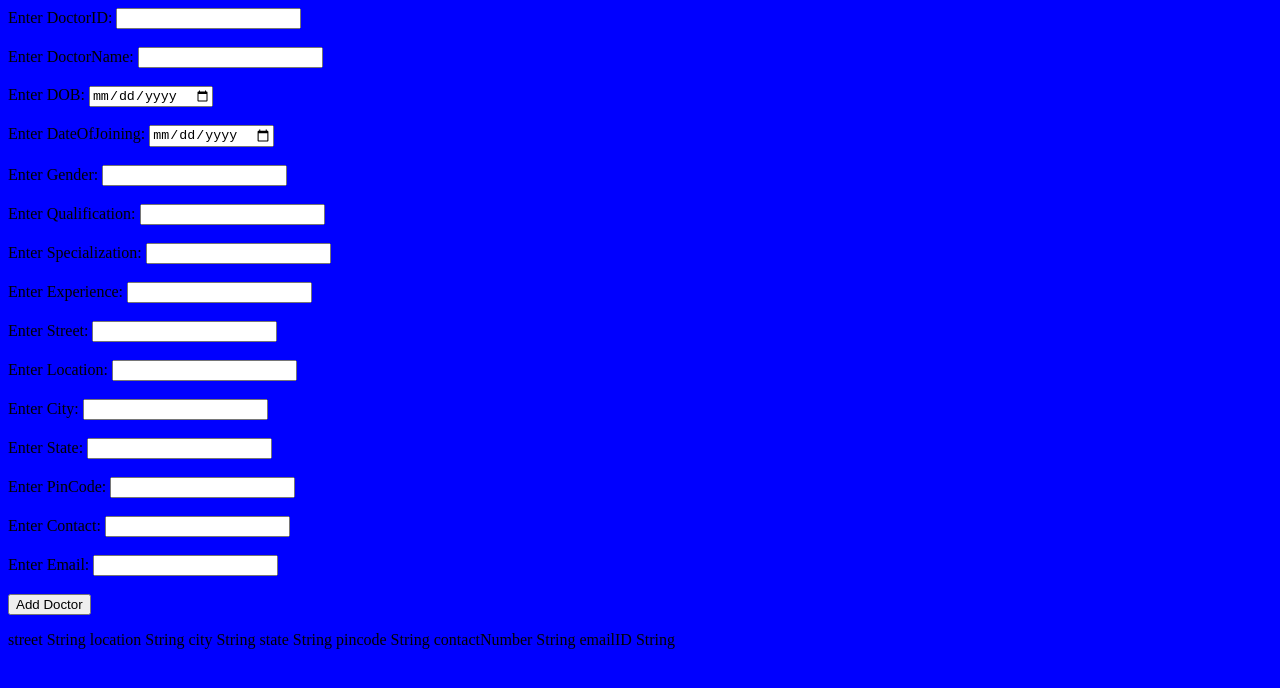
Repository: Pravinkumar-Raja/SpringProjects
Page: http://localhost/Spring-Web/WEB-INF/views/AddDoctor.jsp
An editor plug-in stored every save of this project. The page is shown before and after the next save, followed by the edit.
The browser window is 1280 px wide. The pictures show the whole page.
The page is served by Tomcat 9. Nobody is signed in. The template is opened directly, without the code that normally fills it, so the values that code supplies are empty.

Above is the page before, as saved 2025-11-24 08:15:53.

After the next save:
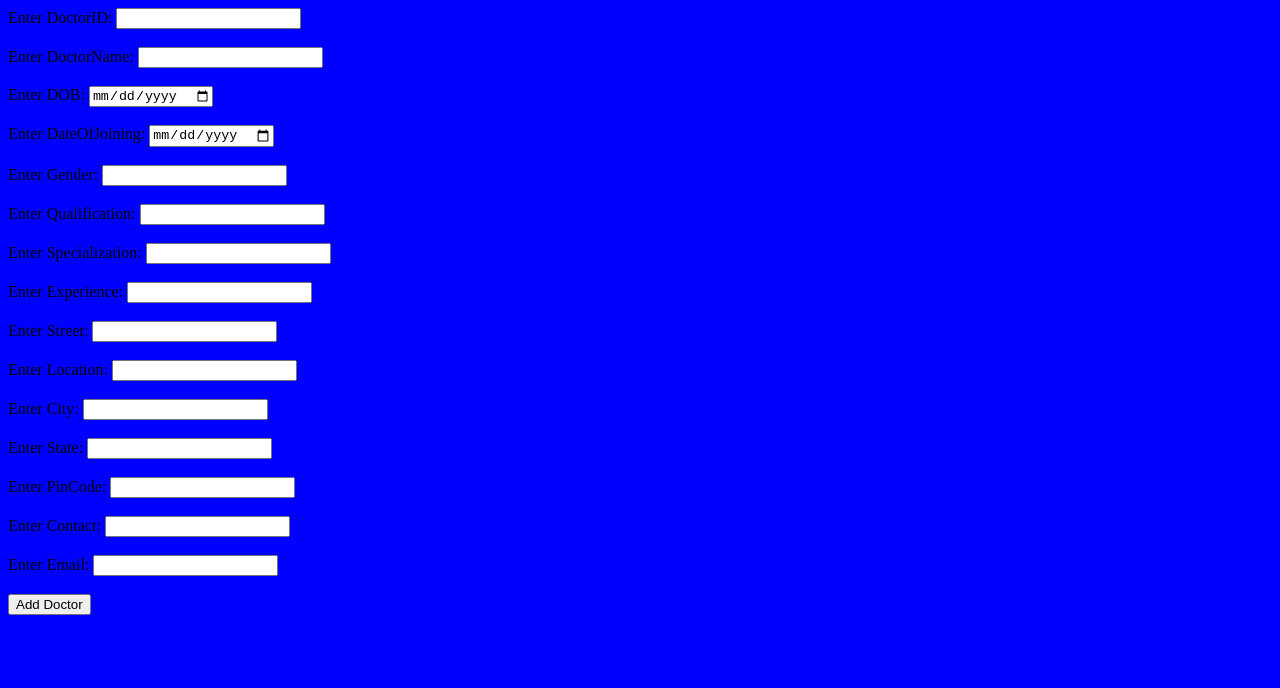
Saved 9 s later.
--- a/Spring-Web/src/main/webapp/WEB-INF/views/AddDoctor.jsp
+++ b/Spring-Web/src/main/webapp/WEB-INF/views/AddDoctor.jsp
@@ -20,19 +20,3 @@
 		</form>
 	</body>
 </html>
-
-
-street String
-
-
- location String
-
- city String
-
- state String
-
- pincode String
-
- contactNumber String
-
- emailID String
